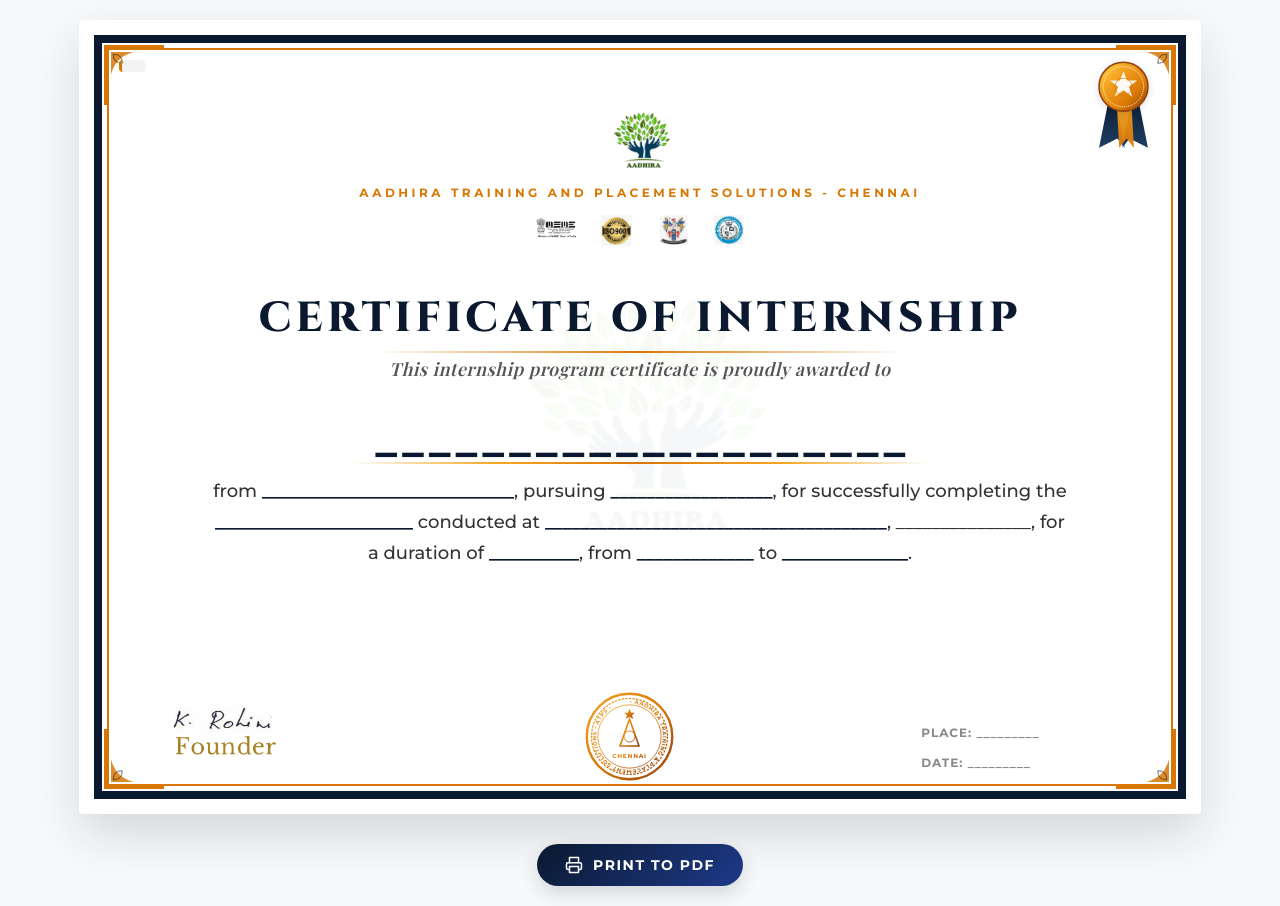
Repository: vimalRaj45/AADHIRA
Page: empt.html
An editor plug-in stored every save of this project. The page is shown before and after the next save, followed by the edit.
The browser window is 1280 px wide. The pictures show the whole page.
Some web fonts or font styles are not loaded; a fallback is used.

Above is the page before, as saved 2026-05-20 20:25:05.

After the next save:
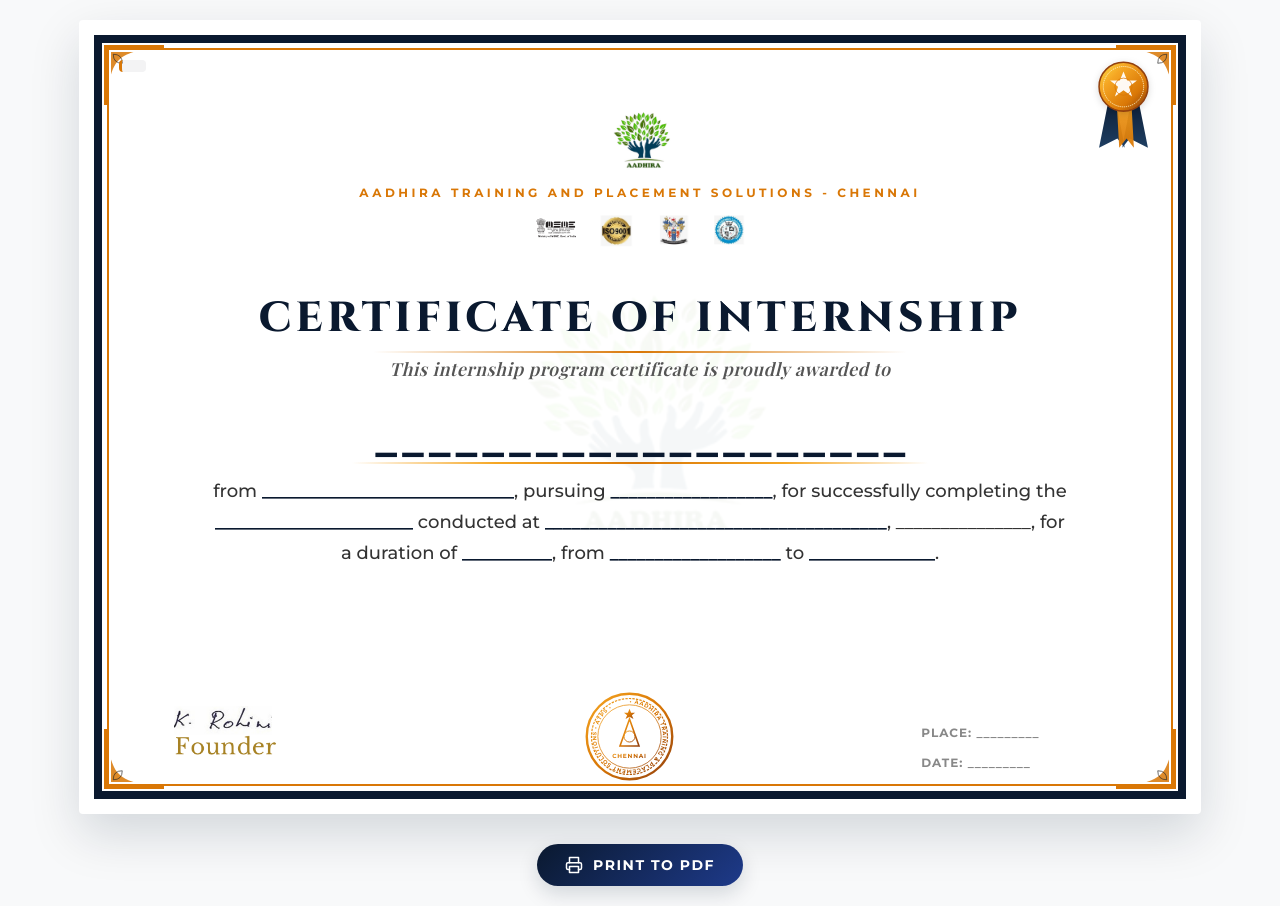
Saved 6 s later.
--- a/empt.html
+++ b/empt.html
@@ -602,7 +602,7 @@
         for successfully completing the <span class="highlight">______________________</span>
         conducted at <span class="highlight">______________________________________</span>,
         _______________, for a duration of <span class="highlight">__________</span>,
-        from <span class="highlight">_____________</span> to <span class="highlight">______________</span>.
+        from <span class="highlight">___________________</span> to <span class="highlight">______________</span>.
       </p>
     </div>
 
